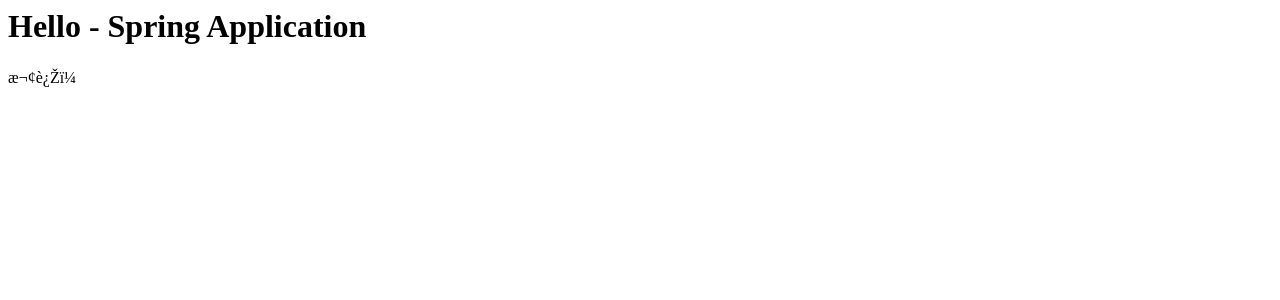
Repository: laksjpoid/springmvc-lesson
Page: http://localhost/springMVC/welcome.jsp
An editor plug-in stored every save of this project. The page is shown before and after the next save, followed by the edit.
The browser window is 1280 px wide. The pictures show the whole page.
The page is served by Tomcat 9.

Above is the page before, as saved 2013-08-27 14:00:16.

After the next save:
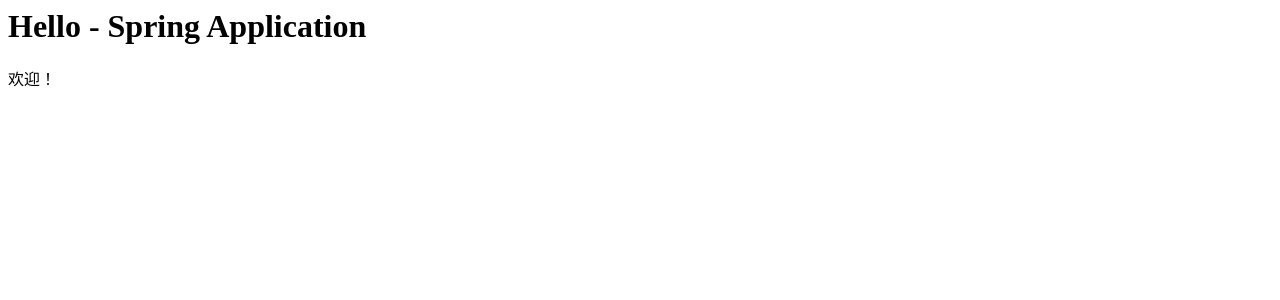
Saved 2 min 39 s later.
--- a/springMVC/WebContent/welcome.jsp
+++ b/springMVC/WebContent/welcome.jsp
@@ -1,3 +1,4 @@
+<%@ page language="java" pageEncoding="UTF-8"%>
 <html>
 <head>
 <meta http-equiv="Content-Type" content="text/html; charset=utf-8" />
